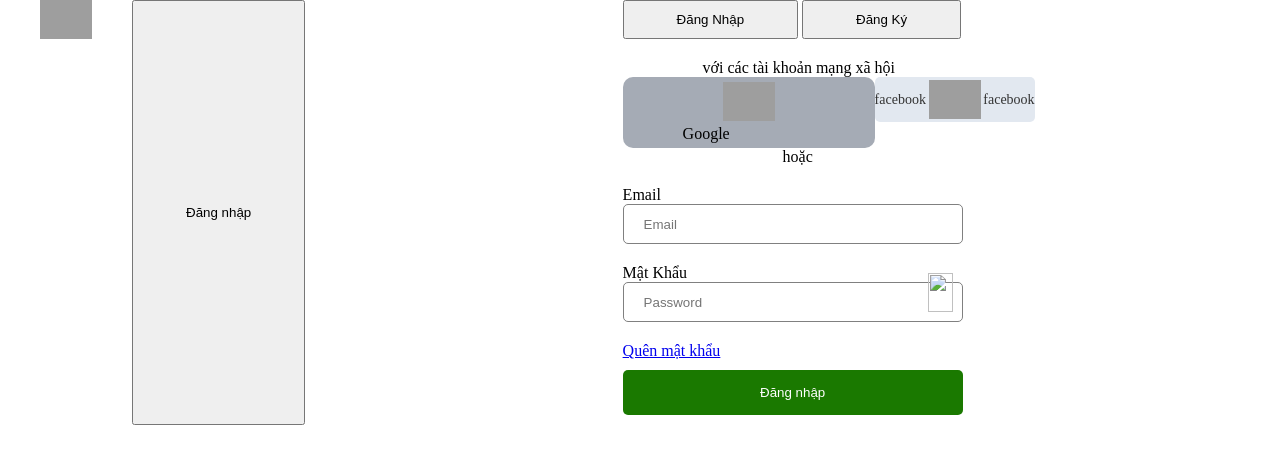
Repository: Dongnguyen318/Quydong
Page: Day 23/index.html
The author's editor kept a copy of each file at every save. The page is drawn from the files as they stood at one save, then again after the next save.
The browser window is 1280 px wide. The pictures show the whole page.
Pictures or frames that could not be fetched are drawn as grey boxes.

Above is the page before, as saved 2023-09-08 20:14:49.

### Day 23/index.html
<!DOCTYPE html>
<html lang="en">
  <head>
    <meta charset="UTF-8" />
    <meta name="viewport" content="width=device-width, initial-scale=1.0" />
    <title>Document</title>
    <link rel="stylesheet" href="./assets/css.css" />
  </head>
  <body>
    <!-- header -->

    <header>
      <div>
        <img
          src="https://cdnweb.dantri.com.vn/dist/static-logo.1-0-1.742f36bc45f3443d0e59.svg"
          alt=""
        />
      </div>
      <button class="btn">Đăng nhập</button>
      <div class="wrapper">
        <div class="btn-wrapper">
          <button class="btn-login">Đăng Nhập</button>
          <button class="btn-login">Đăng Ký</button>
        </div>
        <div class="wrapper-form">
          <span class="wrapper-title">với các tài khoản mạng xã hội</span>
          <div class="wrapper-account">
            <div class="google">
              <img src="./img/1534129544.svg" alt="" />
              <p>Google</p>
            </div>
            <div class="facebook">
              <p>facebook</p>
              <img src="./img/facebook.png" alt="" />
              <p>facebook</p>
            </div>
          </div>
          <span class="wrapper-or">hoặc</span>
          <div class="wrapper-form">
            <form action="">
              <label for="email-login">Email</label>
              <input
                type="email"
                id="email-login"
                class="email-login"
                placeholder="Email"
              />
              <div class="input-box">
                <label for="password-login">Mật Khẩu</label>
                <input
                  type="password"
                  id="password"
                  class="password-login"
                  placeholder="Password"
                />
                <img id="eye" src="" alt="" />
              </div>
              <p><a href="#">Quên mật khẩu</a></p>
              <button class="btn-asign">Đăng nhập</button>
            </form>
          </div>
        </div>
      </div>
      <script src="./assets/js.js"></script>
    </header>
  </body>
</html>

### Day 23/assets/css.css
* {
  margin: 0;
  padding: 0;
  box-sizing: border-box;
}

header {
  display: flex;
  width: 100%;
  justify-content: space-around;
}
header img {
  height: 39px;
  width: 132px;
}
.wrapper {
  /* display: none; */
}

.wrapper.show {
  display: block;
}

.wrapper {
  margin: 0 auto;
  width: 400px;
  height: auto;
  background: #fff;
  padding: 0 30px;
}
.wrapper-form {
  margin-top: 20px;
}
.wrapper-title {
  margin-left: 80px;
}
.wrapper-or {
  margin-left: 160px;
}
button {
  padding: 10px 52px;
}
img {
  width: 30px;
  object-fit: contain;
}
.wrapper-account {
  display: flex;
  justify-content: space-around;
}
.google,
.facebook {
  background: #a5abb5;
  padding: 5px 60px;
  border-radius: 10px;
}

.email-login {
  width: 100%;
  height: 40px;
  border: 1px solid gray;
  border-radius: 5px;
  padding-left: 20px;
  margin-bottom: 20px;
}
.password-login {
  width: 100%;
  height: 40px;
  border: 1px solid gray;
  border-radius: 5px;
  padding-left: 20px;
  margin-bottom: 20px;
}
.input-box {
  position: relative;
}
.input-box img {
  width: 25px;
  cursor: pointer;
  position: absolute;
  right: 10px;
  bottom: 30px;
}
.btn-asign {
  width: 100%;
  height: 45px;
  border: none;
  border-radius: 5px;
  background: #1a7900;
  color: white;
  margin-top: 10px;
  margin-bottom: 10px;
}
.facebook {
  flex: 0 0 auto;
  max-width: 100%;
  width: calc(50% - 10px);
  border: 0;
  background: #e2e8f0 none;
  border-radius: 5px;
  display: flex;
  align-items: center;
  justify-content: center;
  font-size: 14px;
  line-height: 22px;
  color: #333;
  height: 45px;
  padding: 0;
}

Loaded but not shown: Day 23/assets/js.js (no stored copy; drawn as an empty file)

After the next save:
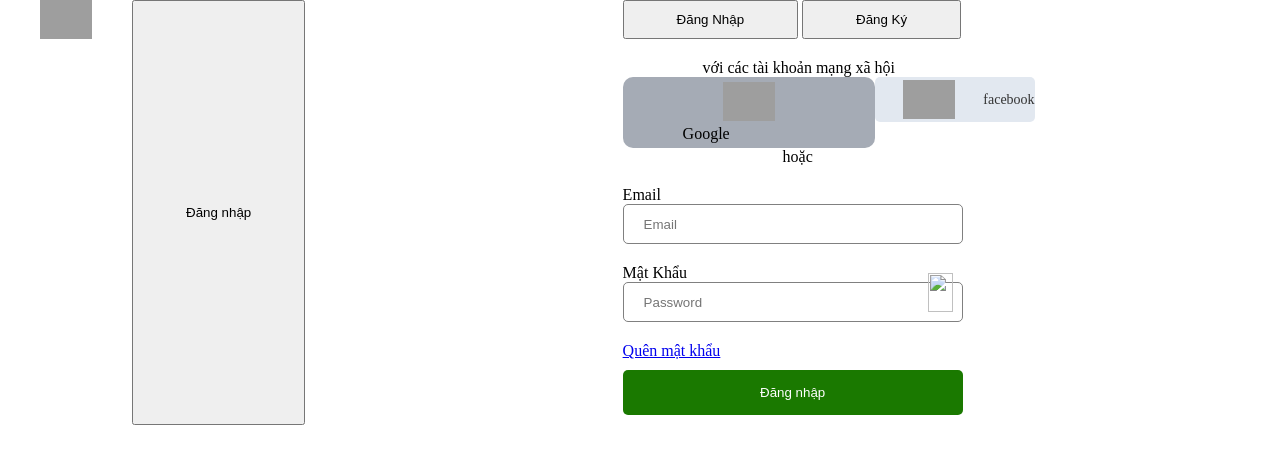
Saved 10 s later.
--- a/Day 23/index.html
+++ b/Day 23/index.html
@@ -30,7 +30,6 @@
               <p>Google</p>
             </div>
             <div class="facebook">
-              <p>facebook</p>
               <img src="./img/facebook.png" alt="" />
               <p>facebook</p>
             </div>
